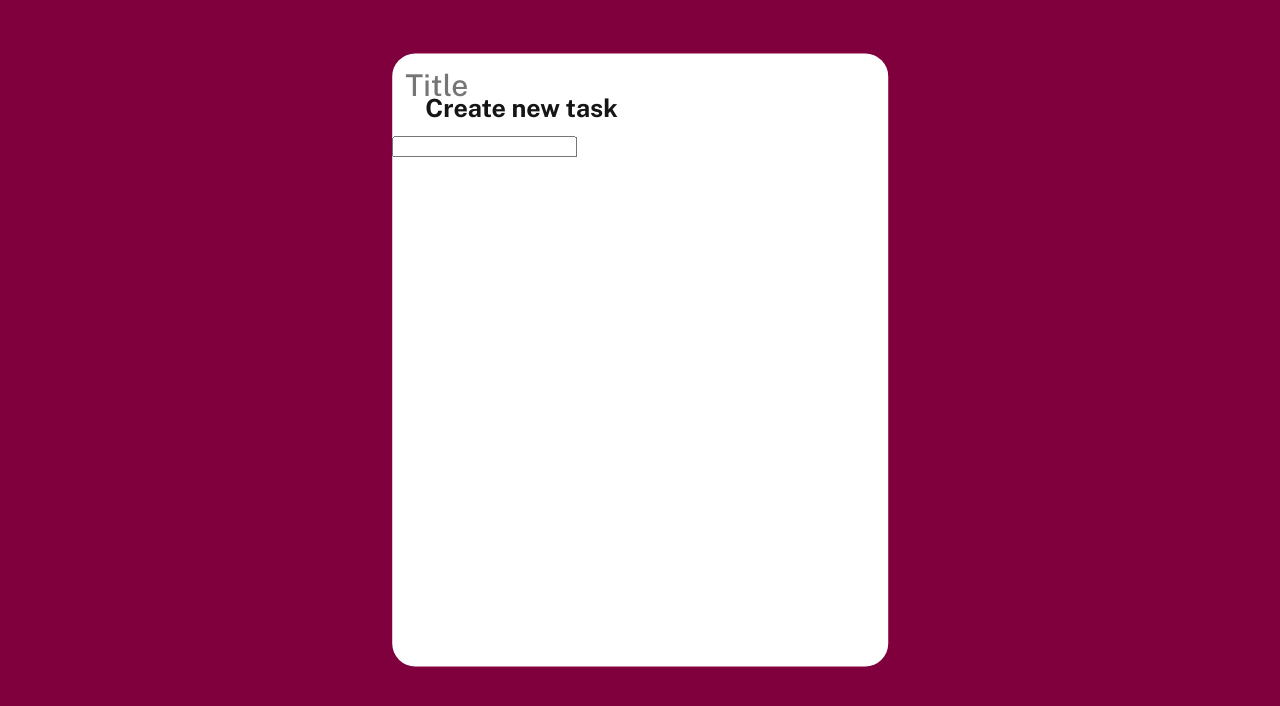
Repository: MorgunovaAlexandra/verstka-form
Page: index.html
These files come from the project's save history. The page is drawn as it stood at one moment and after a run of saves; the edit follows.
The browser window is 1280 px wide. The pictures show the whole page.
The style sheet was rebuilt from its Sass, Less or Tailwind sources for each picture, by a compiler version that may differ from the author's.

Above is the page before, as saved 2022-06-24 12:31:08.

After the next 5 saves:
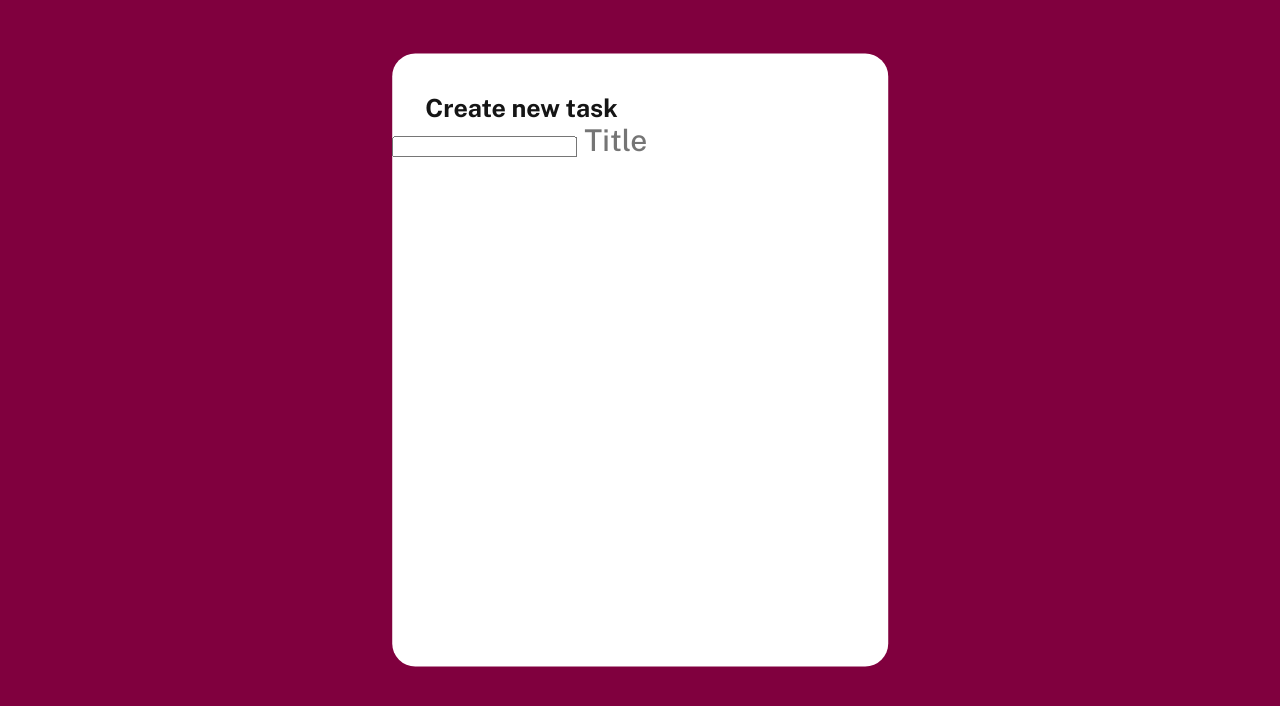
The 5 saves are shown as one change because they came seconds apart.
The last was saved 14 s later.
--- a/scss/style.scss
+++ b/scss/style.scss
@@ -27,20 +27,12 @@ legend{
     color:$ColorBlack;
 }
 .text-field{
+    position: relative;
 
 }
 .text-field__input{
 
     }
 .text-field__label{
-    display: block;
-    position: absolute;
-      top: 0;
-      left: 0;
-      height: 100%;
-      padding: 1rem .75rem;
-      pointer-events: none;
-      border: 1px solid transparent;
-      transform-origin: 0 0;
-      transition: color .15s ease-in-out, transform .15s ease-in-out;
+
 }
